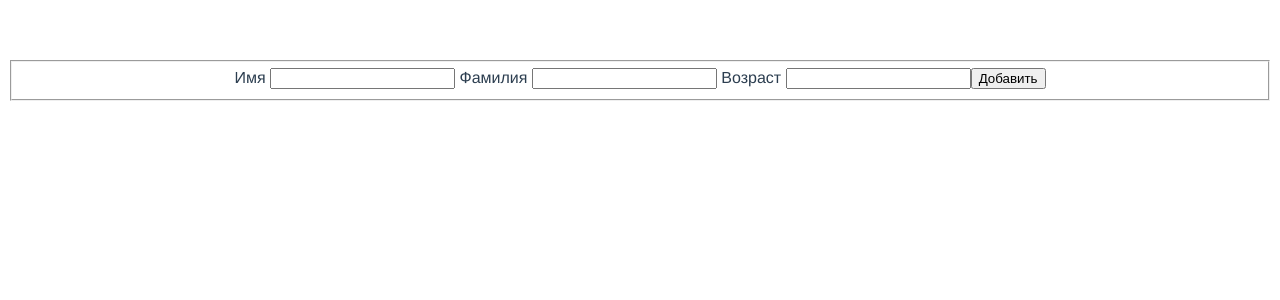
Repository: shum89/test-vue-table
Page: /
The author's editor kept a copy of each file at every save. The page is drawn from the files as they stood at one save, then again after the next save.
The browser window is 1280 px wide. The pictures show the whole page.
The project was rebuilt for these pictures with package versions that can differ from the ones it lists, and the page was loaded fresh each time. Also part of the build but not shown: vue.config.js.

Above is the page before, as saved 2021-07-17 21:44:54.

After the next save:
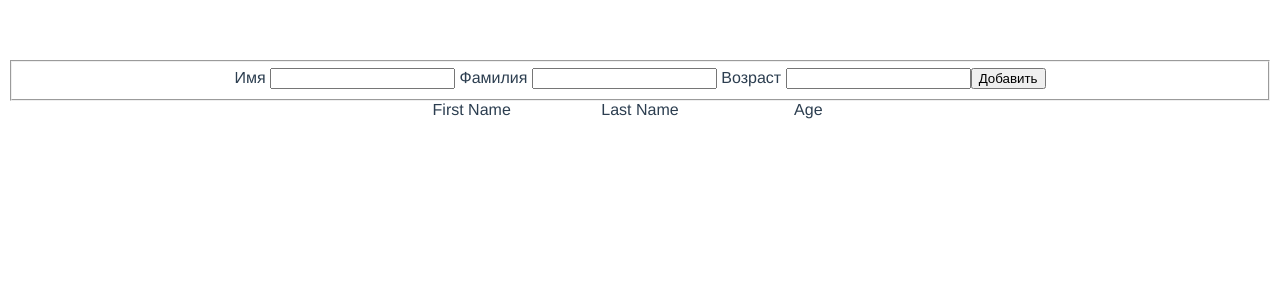
Saved 34 s later.
--- a/src/components/Table.vue
+++ b/src/components/Table.vue
@@ -28,6 +28,9 @@
 import { toRefs } from 'vue';
 
 export default {
+  props: {
+    list: Array,
+  },
   setup(props) {
     const { list } = toRefs(props);
     console.log(list);
